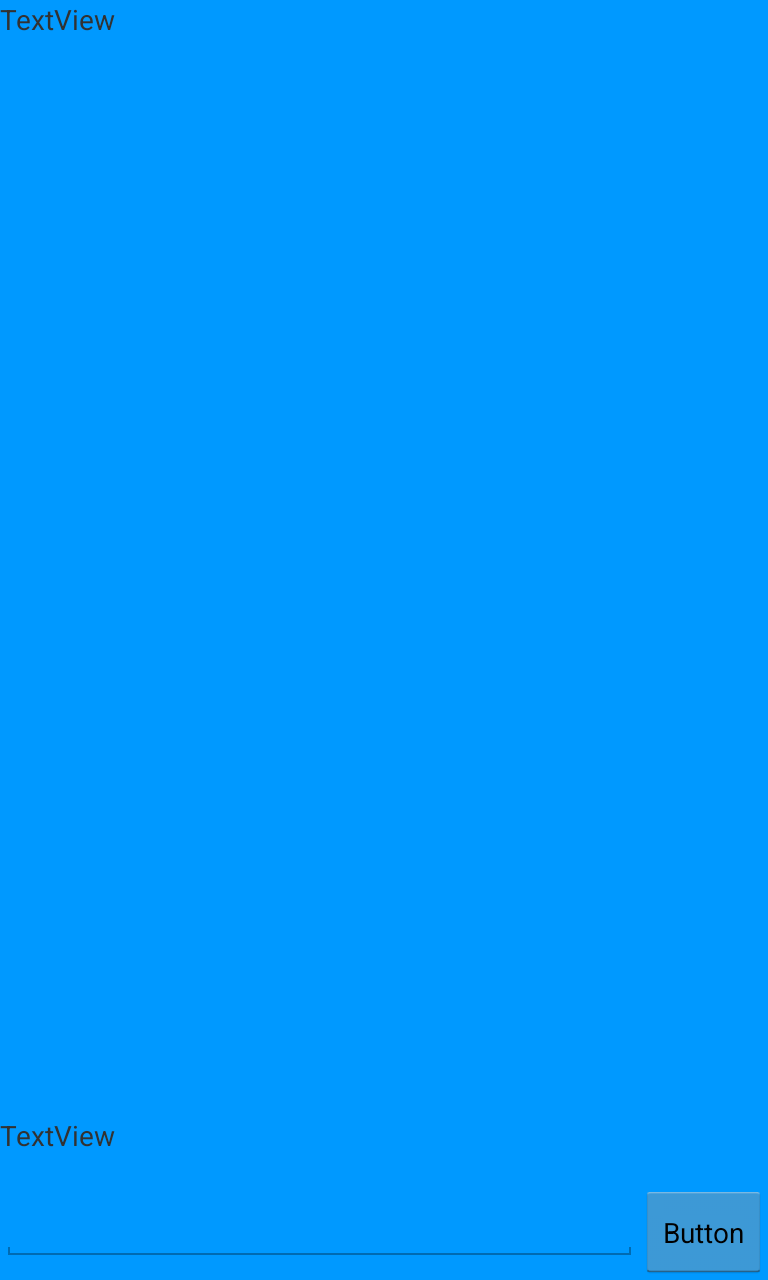
Repository: Clonedpirate/BtSshPwnPI
Layout: HackDroid/res/layout/terminal.xml
An editor plug-in stored every save of this project. The layout is shown before and after the next save, followed by the edit.
It is drawn on a 768 x 1280 px phone screen (xhdpi) without system bars, with theme AppTheme; the app's code is not run.

Above is the layout before, as saved 2014-06-18 14:01:20.

### HackDroid/res/layout/terminal.xml
<?xml version="1.0" encoding="utf-8"?>
<RelativeLayout xmlns:android="http://schemas.android.com/apk/res/android"
    android:layout_width="match_parent"
    android:layout_height="match_parent"
    android:orientation="vertical" >

    <EditText
        android:id="@+id/editText1"
        android:layout_width="match_parent"
        android:layout_height="wrap_content"
        android:layout_alignTop="@+id/button1"
        android:layout_toLeftOf="@+id/button1"
        android:ems="10" />

    <Button
        android:id="@+id/button1"
        style="?android:attr/buttonStyleSmall"
        android:layout_width="wrap_content"
        android:layout_height="wrap_content"
        android:layout_alignParentBottom="true"
        android:layout_alignParentRight="true"
        android:text="Button" />

    <TextView
        android:id="@+id/terminal"
        android:layout_width="match_parent"
        android:layout_height="351dp"
        android:layout_alignParentLeft="true"
        android:layout_alignParentTop="true"
        android:text="TextView" />

    <TextView
        android:id="@+id/IPtext"
        android:layout_width="wrap_content"
        android:layout_height="wrap_content"
        android:layout_above="@+id/editText1"
        android:layout_alignParentLeft="true"
        android:layout_alignParentRight="true"
        android:layout_marginBottom="15dp"
        android:text="TextView" />

</RelativeLayout>

### HackDroid/res/values/styles.xml
<?xml version="1.0" encoding="utf-8"?>
<resources>

    <style name="AppTheme" parent="android:Theme.Holo.Light">
        <item name="android:windowBackground">@color/lblue</item>
        <item name="android:windowTranslucentStatus">false</item>
        <item name="android:windowTranslucentNavigation">true</item>
        <item name="android:fitsSystemWindows">true</item>
        <item name="android:actionBarStyle">@style/ActionBar.Solid.GreenStyle</item>
    </style>

    <style name="ActionBar.Solid.GreenStyle" parent="@android:style/Widget.Holo.Light.ActionBar.Solid">
        <item name="android:titleTextStyle">@style/AppTheme.ActionBar.Text</item>
        <item name="android:background">@color/blue</item>
    </style>

    <style name="AppTheme.ActionBar.Text" parent="@android:style/TextAppearance">
        <item name="android:textColor">@color/white</item>
        <item name="android:layout_gravity">center</item>
        <item name="android:textSize">14sp</item>
    </style>

    <style name="Theme" parent="android:Theme">
        <item name="android:background">@null</item>
        <item name="android:windowNoTitle">true</item>
    </style>

    <style name="text_title">
        <item name="android:layout_width">fill_parent</item>
        <item name="android:layout_height">wrap_content</item>
        <item name="android:textColor">@color/blue</item>
        <item name="android:gravity">center</item>
    </style>

    <style name="text_option">
        <item name="android:layout_width">wrap_content</item>
        <item name="android:layout_height">wrap_content</item>
        <item name="android:textColor">@color/black</item>
    </style>

    <style name="layout_wrap">
        <item name="android:layout_width">wrap_content</item>
        <item name="android:layout_height">wrap_content</item>
    </style>

    <style name="layout_fill">
        <item name="android:layout_width">fill_parent</item>
        <item name="android:layout_height">fill_parent</item>
    </style>

    <style name="layout_f_w">
        <item name="android:layout_width">fill_parent</item>
        <item name="android:layout_height">wrap_content</item>
    </style>

    <style name="h_line">
        <item name="android:layout_width">fill_parent</item>
        <item name="android:layout_height">1.5dip</item>
        <item name="android:background">@color/blue</item>
    </style>

    <style name="indicator_style">
        <item name="android:layout_width">fill_parent</item>
        <item name="android:layout_height">4dip</item>
        <item name="android:background">@color/blue</item>
        <item name="android:orientation">vertical</item>
    </style>

</resources>

### HackDroid/res/values/strings.xml
<?xml version="1.0" encoding="utf-8"?>
<resources>

    <string name="app_name">   PwnPi Wifite tool</string>
    <string name="action_settings">Settings</string>

    <color name="blue">#0083ff</color>
    <color name="lblue">#0099ff</color>
    <color name="llblue">#14BFFF</color>
    <color name="black">#000000</color>
    <color name="white">#FFFFFF</color>
    <color name="kindagreen">#04d5a2</color>
    <color name="test">#06d3a2</color>

</resources>

After the next save:
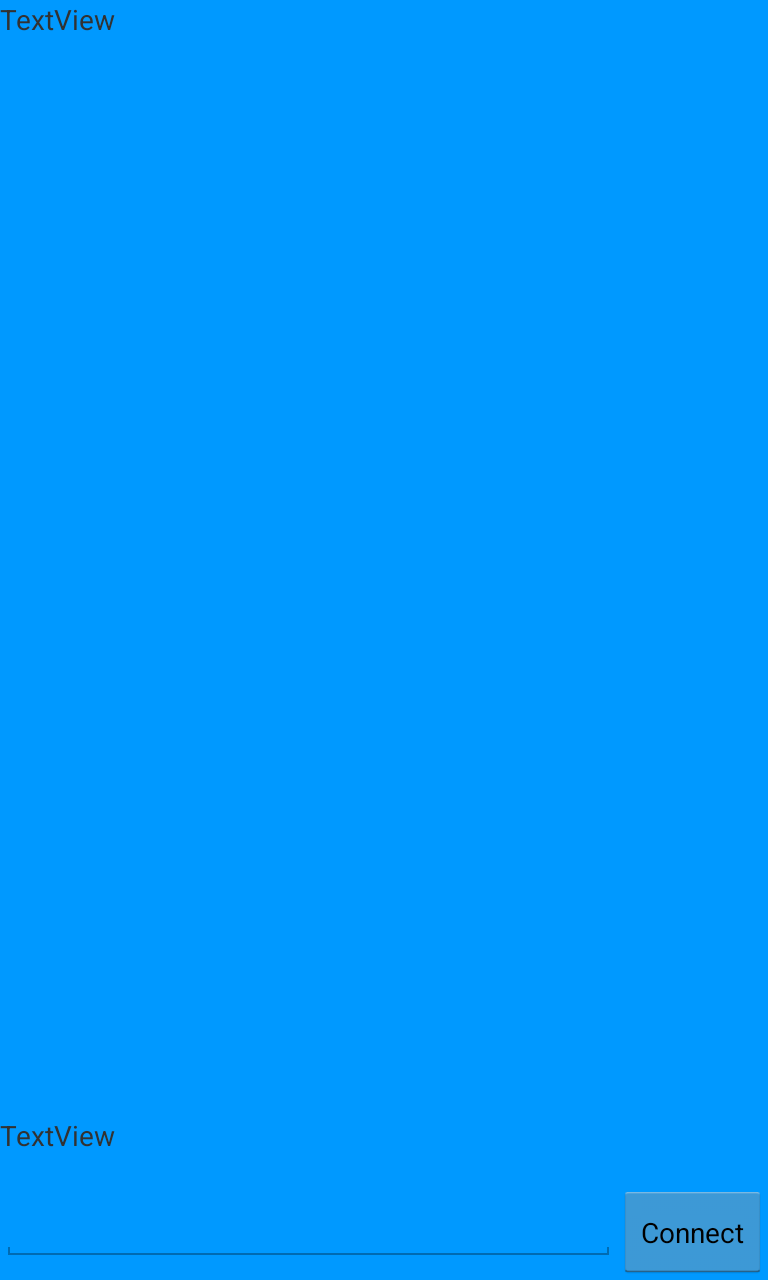
Saved 20 h 18 min later.
--- a/HackDroid/res/layout/terminal.xml
+++ b/HackDroid/res/layout/terminal.xml
@@ -19,7 +19,7 @@
         android:layout_height="wrap_content"
         android:layout_alignParentBottom="true"
         android:layout_alignParentRight="true"
-        android:text="Button" />
+        android:text="Connect" />
 
     <TextView
         android:id="@+id/terminal"
